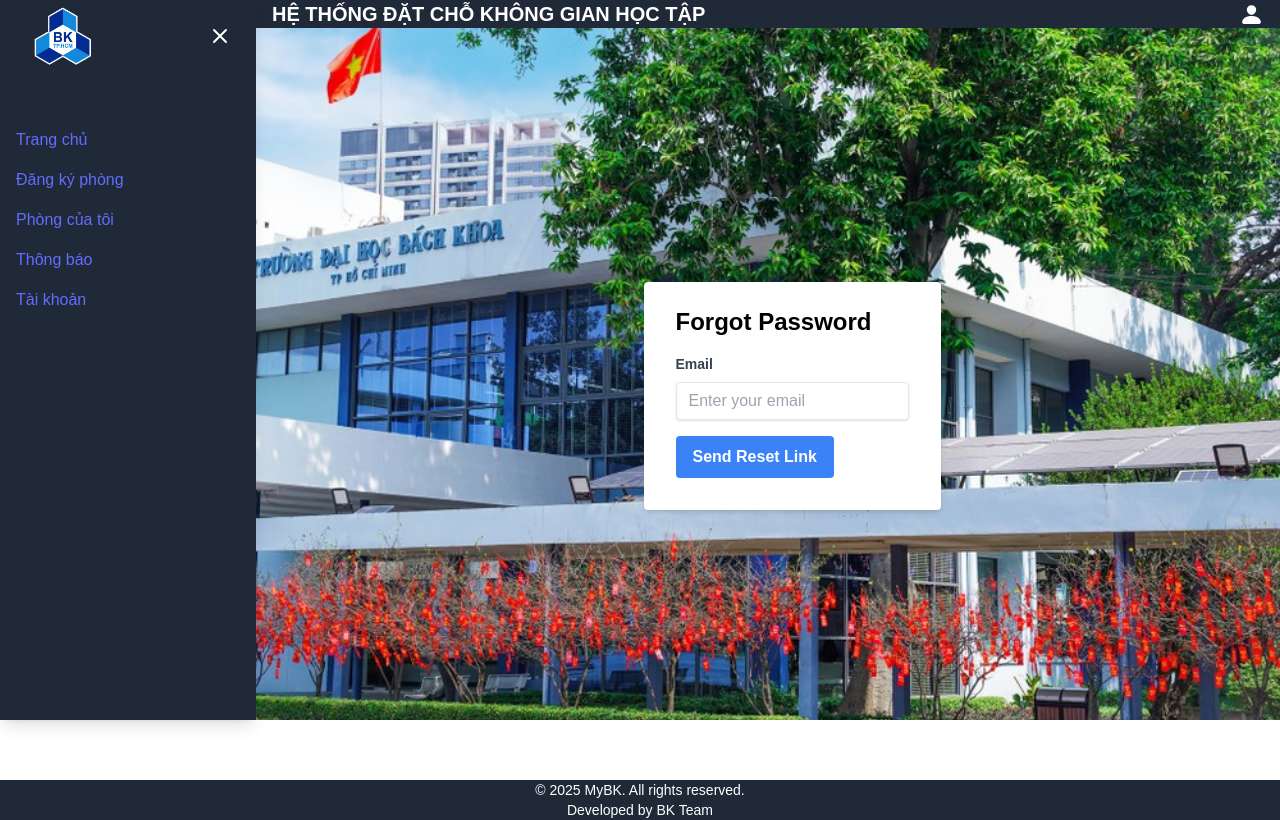
Repository: CNPM-S3MRS/frontend-web
Page: /forgotpwd
The author's editor kept a copy of each file at every save. The page is drawn from the files as they stood at one save, then again after a run of saves.
The browser window is 1280 px wide. The pictures show the whole page.
The project was rebuilt for these pictures with package versions that can differ from the ones it lists, and the page was loaded fresh each time. Also part of the build but not shown: vite.config.js, src/pages/auth/Login.jsx, src/components/card/NotificationCard.jsx, src/components/pagination/Pagination.jsx, src/components/dropdownmenu/DropdownList.jsx, src/pages/notification/notification.jsx, src/components/card/DisplayCard.jsx, src/pages/homepage/Homepage.jsx.

Above is the page before, as saved 2025-04-11 00:21:35.

After the next 4 saves:
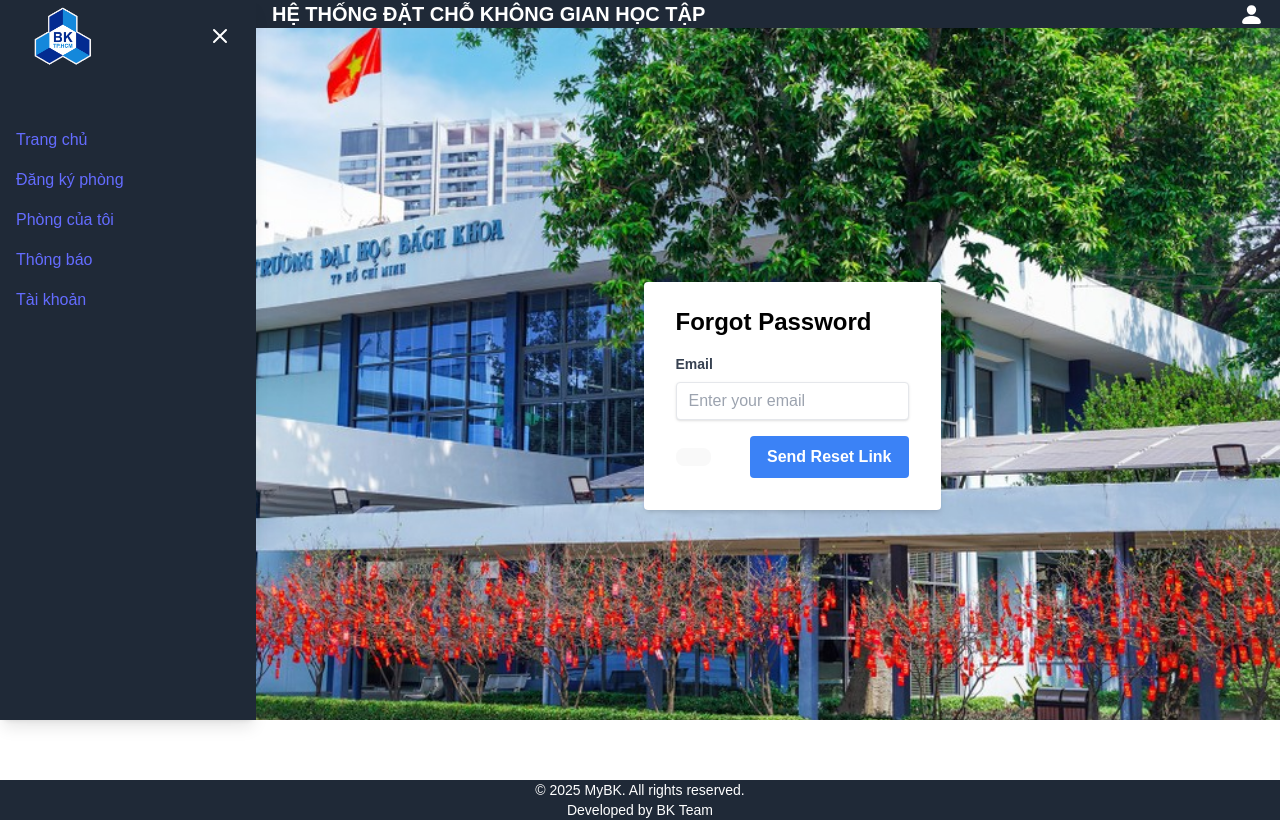
The 4 saves are shown as one change because they came seconds apart.
The last was saved 13 s later.
--- a/src/components/form/ForgotPassword.jsx
+++ b/src/components/form/ForgotPassword.jsx
@@ -18,7 +18,12 @@ const ForgotPassword = () => {
             />
             </div>
             <div className="flex items-center justify-between">
+            <button
+                type="button"
+                className="inline-block align-baseline font-bold text-sm text-blue-500 hover:text-blue-800"
+                >
 
+                </button>
             <button
                 type="submit"
                 className="bg-blue-500 hover:bg-blue-700 text-white font-bold py-2 px-4 rounded focus:outline-none focus:shadow-outline"
